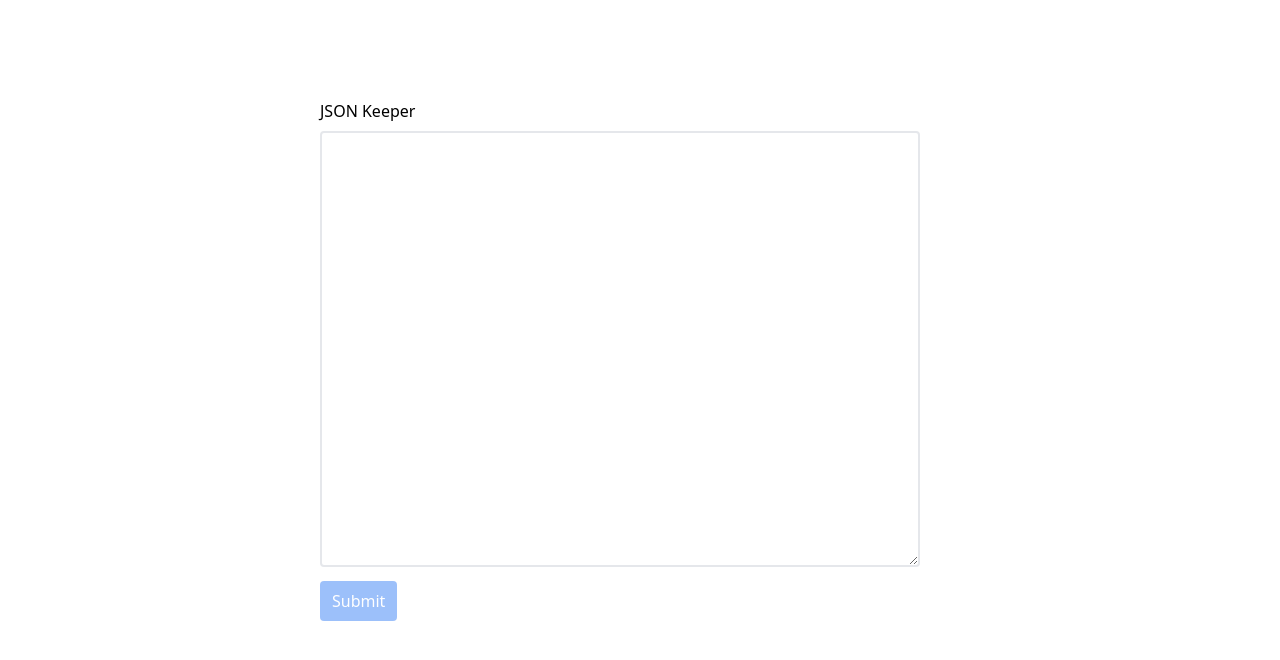
Repository: lakshithapramodya/jsonhub
Page: / (app in client/)
An editor plug-in stored every save of this project. The page is shown before and after the next save, followed by the edit.
The browser window is 1280 px wide. The pictures show the whole page.
The page's requests for data from a server got no answer. The project was rebuilt for these pictures with package versions that can differ from the ones it lists, and the page was loaded fresh each time. No one was signed in, and anything a server would have sent is missing. Also part of the build but not shown: client/src/HandleJsonData.js.

Above is the page before, as saved 2023-05-10 12:14:03.

After the next save:
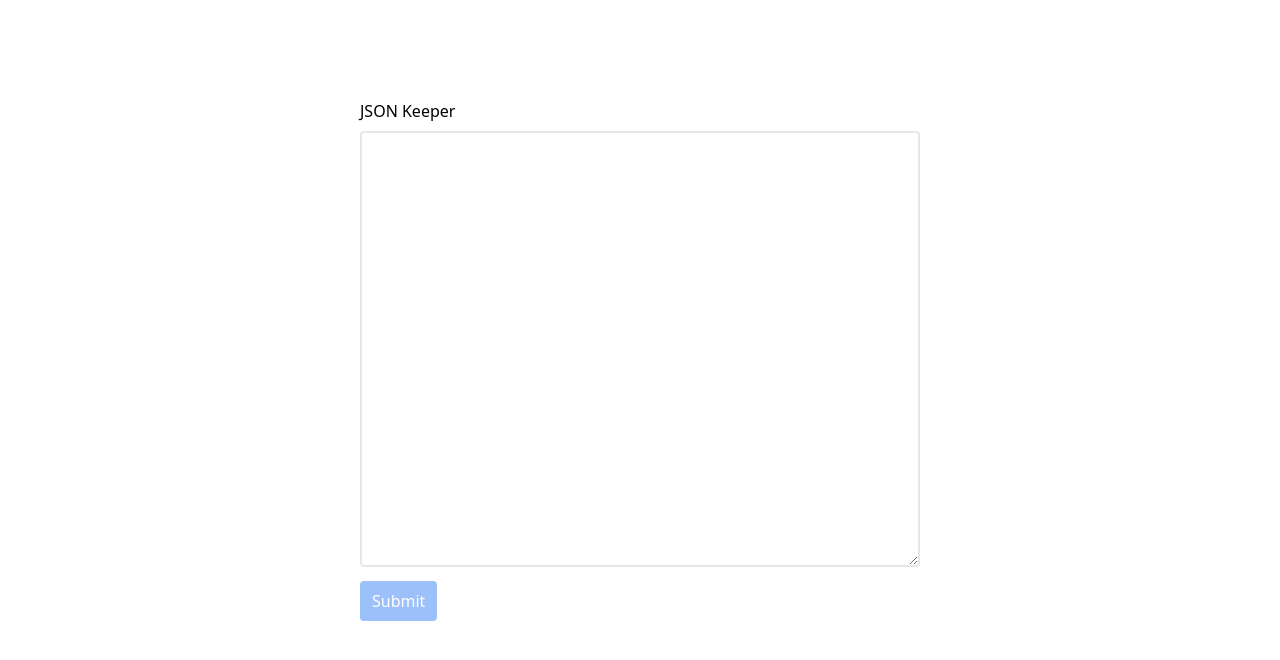
Saved 8 s later.
--- a/client/src/App.js
+++ b/client/src/App.js
@@ -41,7 +41,7 @@ function App() {
         <a href={`${SERVER_ENDPOINT}/${url}`}>{`${SERVER_ENDPOINT}/${url}`}</a>
       )}
       <div className="flex flex-col m-auto w-full md:w-1/2 items-center justify-center">
-        <form onSubmit={handleSubmit} className="w-full space-y-2 pr-10">
+        <form onSubmit={handleSubmit} className="w-full space-y-2 px-10">
           <h1 className="">JSON Keeper</h1>
           <textarea
             onChange={(e) => setInput(e.target.value)}
